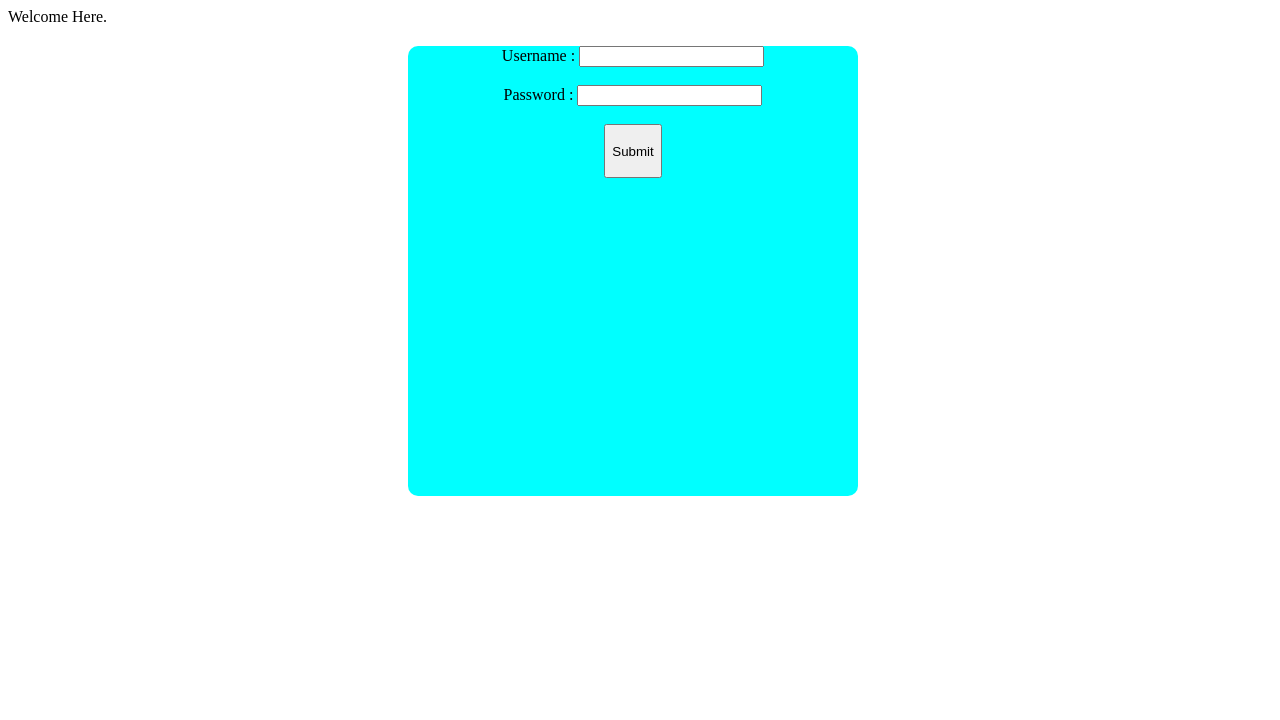
Repository: sunil965/JavaRepo
Page: WebProject/WebContent/index.html
The author's editor kept a copy of each file at every save. The page is drawn from the files as they stood at one save, then again after the next save.
The browser window is 1280 px wide. The pictures show the whole page.

Above is the page before, as saved 2017-04-26 11:25:51.

After the next save:
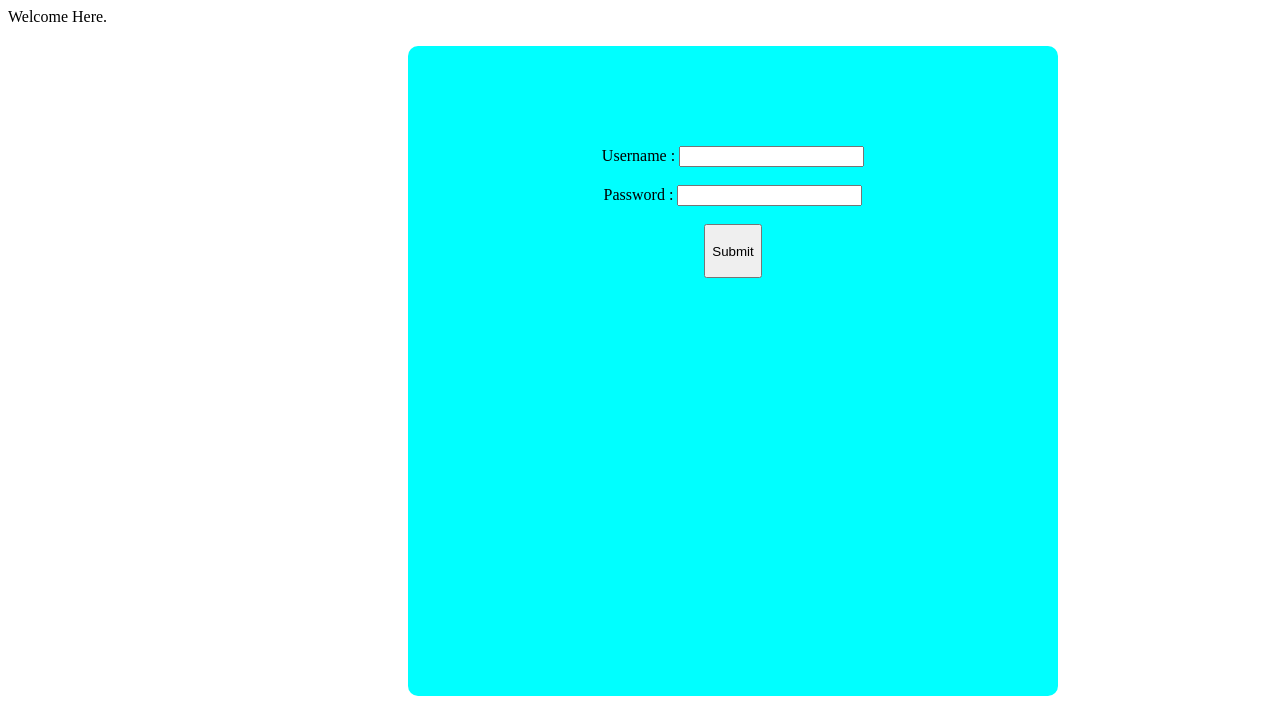
Saved 14 s later.
--- a/WebProject/WebContent/index.html
+++ b/WebProject/WebContent/index.html
@@ -13,7 +13,7 @@
    background-color: cyan;
    margin-left: 400px;
    margin-top: 20px;
-   padding: 100;
+   padding: 100px;
 
 
 

After the save that followed:
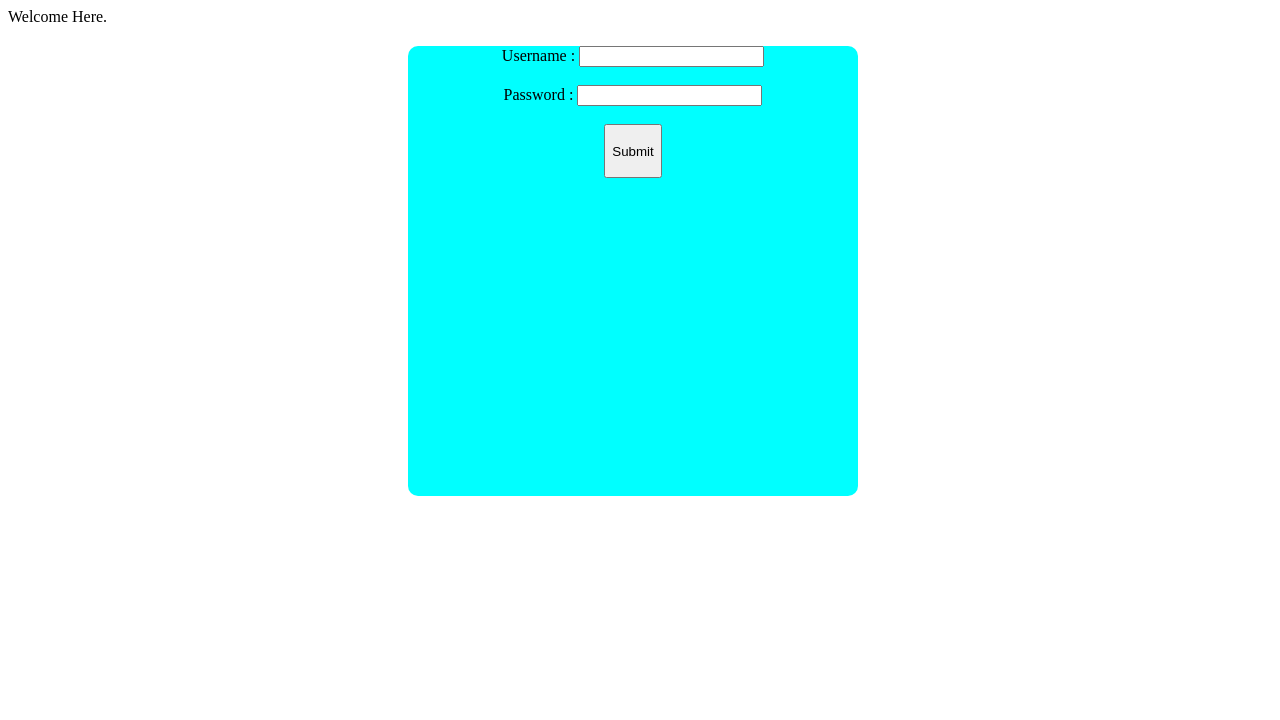
Saved 54 s later.
--- a/WebProject/WebContent/index.html
+++ b/WebProject/WebContent/index.html
@@ -13,10 +13,6 @@
    background-color: cyan;
    margin-left: 400px;
    margin-top: 20px;
-   padding: 100px;
-
-
-
 
 }
 </style>
